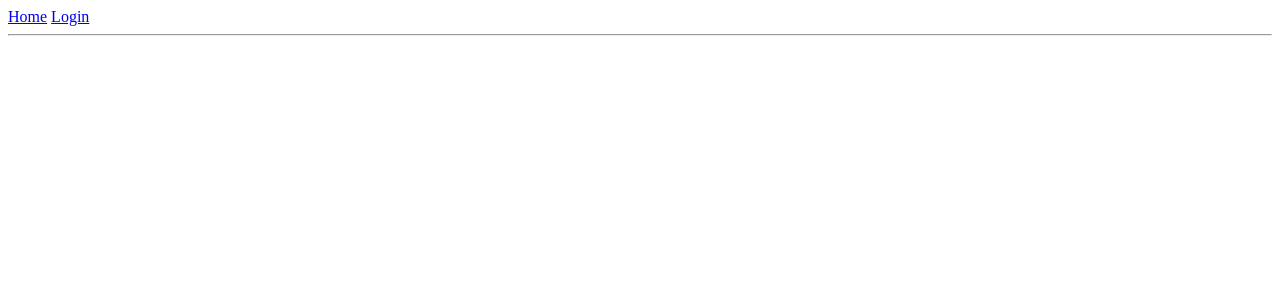
Repository: Gurudutt-S/cts-training
Page: http://localhost/ImplicitObjects/hello.jsp
The author's editor kept a copy of each file at every save. The page is drawn from the files as they stood at one save, then again after the next save.
The browser window is 1280 px wide. The pictures show the whole page.
The page is served by Tomcat 9. Other server files are loaded and not shown.

Above is the page before, as saved 2020-02-05 06:12:43.

### Day_30/ImplicitObjects/WebContent/hello.jsp
<%@ include file="header.jsp" %>

</body>
</html>

### Day_30/ImplicitObjects/WebContent/header.jsp
<%@ page language="java" contentType="text/html; charset=ISO-8859-1"
    pageEncoding="ISO-8859-1"%>
<!DOCTYPE html>
<html>
<head>
<meta charset="ISO-8859-1">
<title>header</title>
</head>
<body>

<a href="index.jsp">Home</a>
<a href="login.jsp">Login</a>

<hr>

</body>
</html>

After the next save:
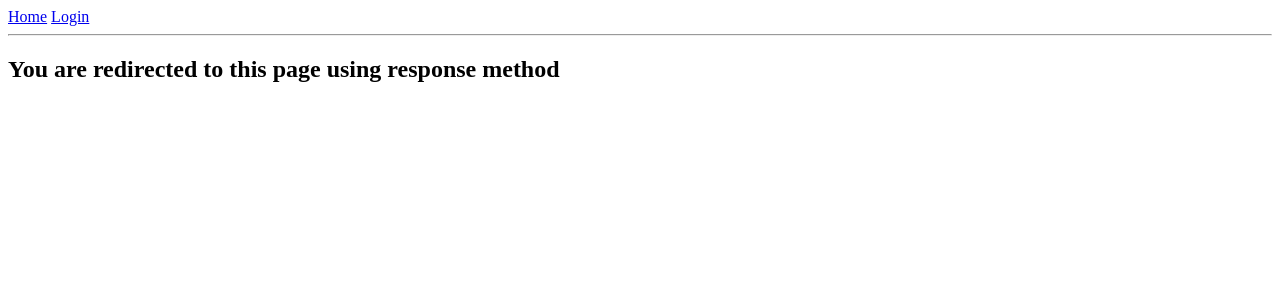
Saved 37 s later.
--- a/Day_30/ImplicitObjects/WebContent/hello.jsp
+++ b/Day_30/ImplicitObjects/WebContent/hello.jsp
@@ -1,4 +1,6 @@
 <%@ include file="header.jsp" %>
+
+<h2>You are redirected to this page using response method </h2>
 
 </body>
 </html>
